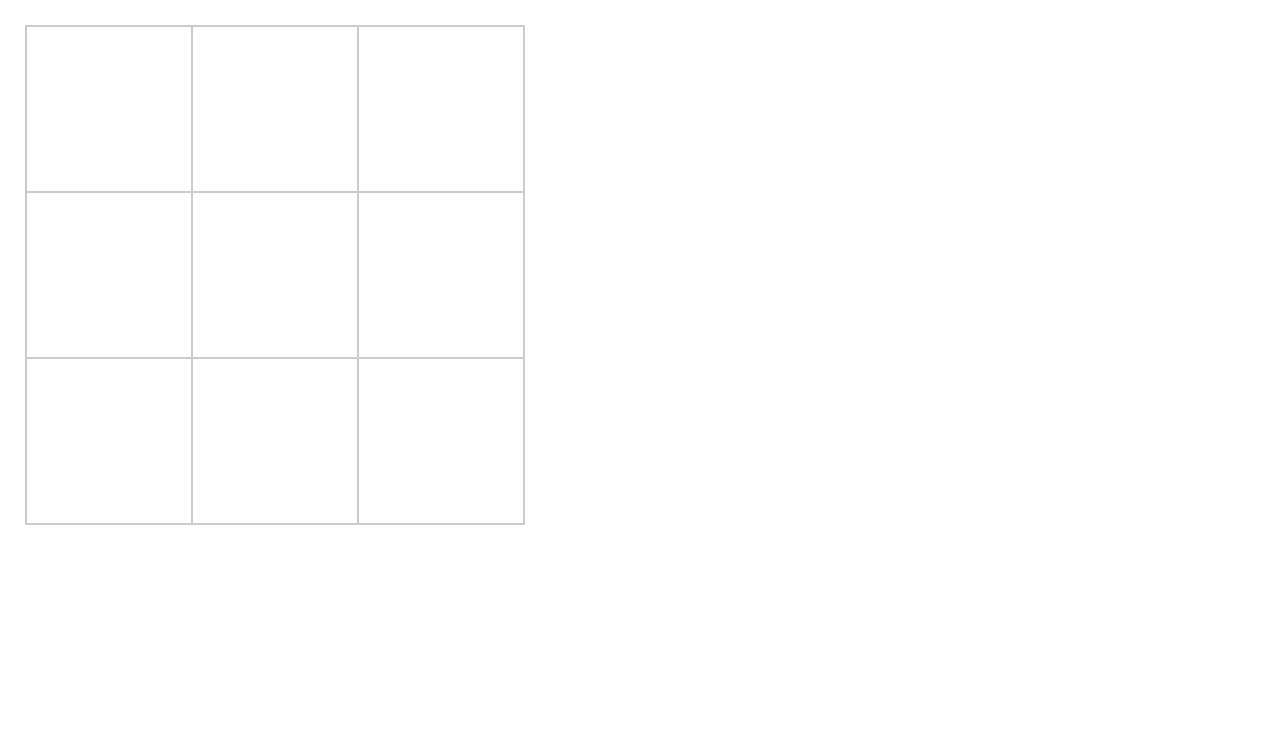
Repository: hoanguyen6611/tuhocreact
Page: / (app in my-app/)
An editor plug-in stored every save of this project. The page is shown before and after a run of saves, followed by the edit.
The browser window is 1280 px wide. The pictures show the whole page.
The project was rebuilt for these pictures with package versions that can differ from the ones it lists, and the page was loaded fresh each time.

Above is the page before, as saved 2022-04-07 09:53:38.

After the next 13 saves:
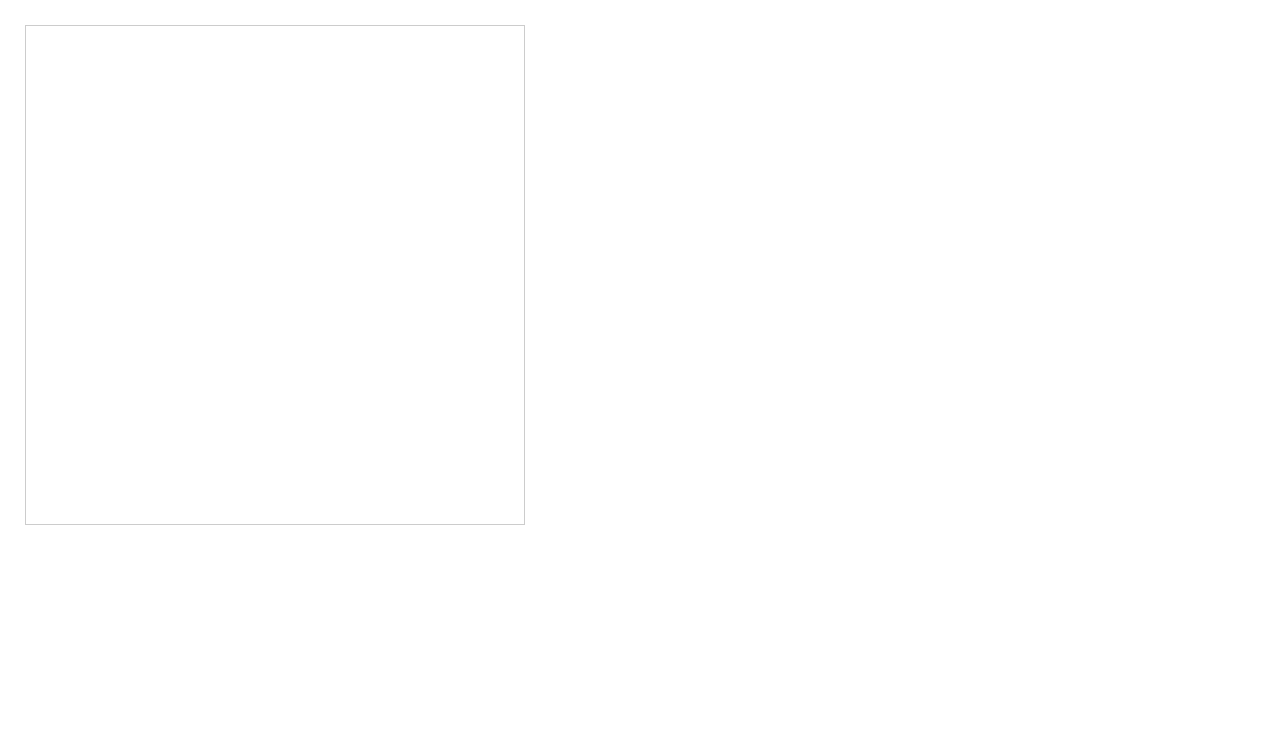
The 13 saves are shown as one change because 3 did not build or start and some came seconds apart.
The last was saved 19 min 38 s later.
--- a/my-app/src/components/tictactoe/Board.js
+++ b/my-app/src/components/tictactoe/Board.js
@@ -4,15 +4,9 @@
 const Board = () => {
     return (
         <div className="game-board">
-            <Cell></Cell>
-            <Cell></Cell>
-            <Cell></Cell>
-            <Cell></Cell>
-            <Cell></Cell>
-            <Cell></Cell>
-            <Cell></Cell>
-            <Cell></Cell>
-            <Cell></Cell>
+            {Array(9).fill().map((item, index) =>(
+                Cell
+            ))}
         </div>
     );
 };

After the save that followed:
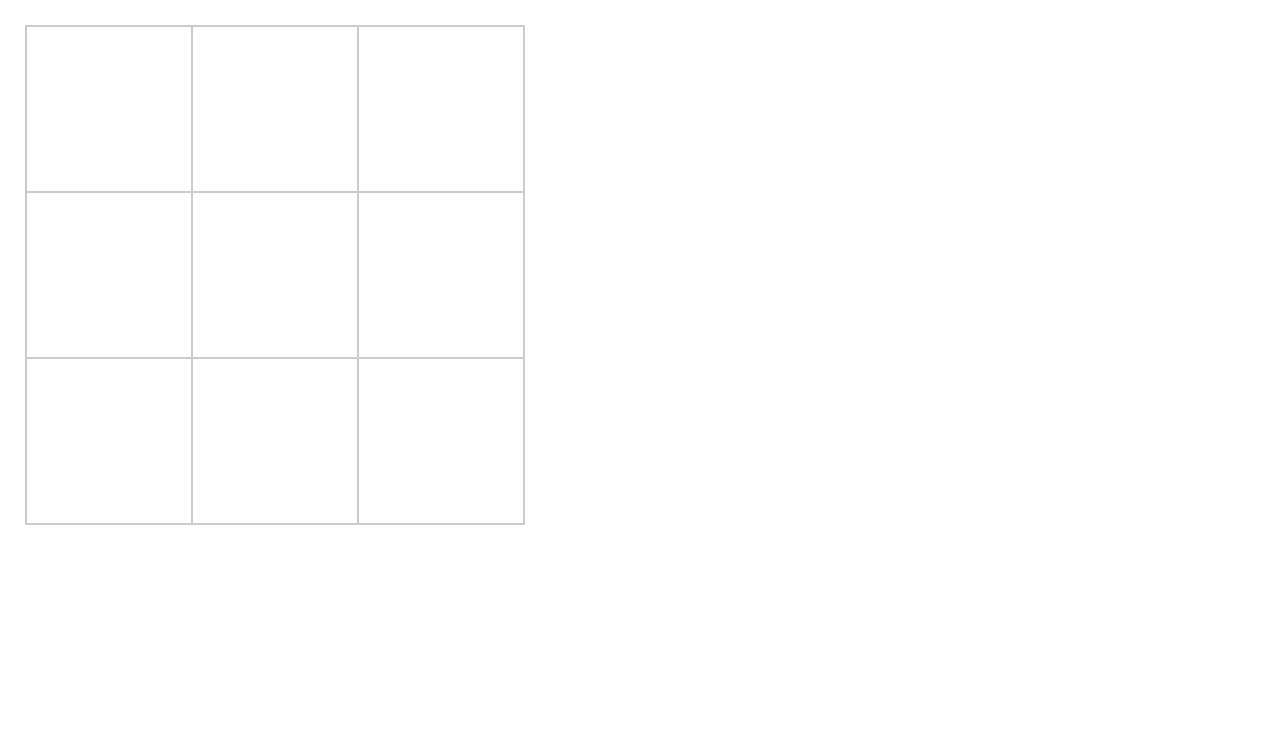
Saved 6 s later.
--- a/my-app/src/components/tictactoe/Board.js
+++ b/my-app/src/components/tictactoe/Board.js
@@ -5,7 +5,7 @@
     return (
         <div className="game-board">
             {Array(9).fill().map((item, index) =>(
-                Cell
+                <Cell></Cell>
             ))}
         </div>
     );
